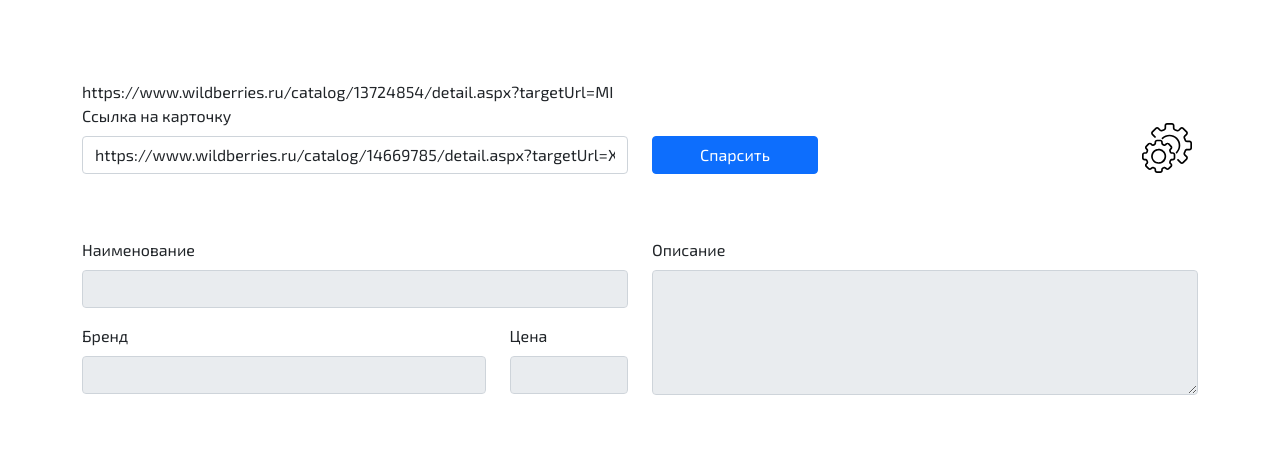
Repository: yozuul/wildberries-product-card-parser-api-exchange
Page: public/panel.html
An editor plug-in stored every save of this project. The page is shown before and after the next save, followed by the edit.
The browser window is 1280 px wide. The pictures show the whole page.

Above is the page before, as saved 2021-08-22 19:25:30.

After the next save:
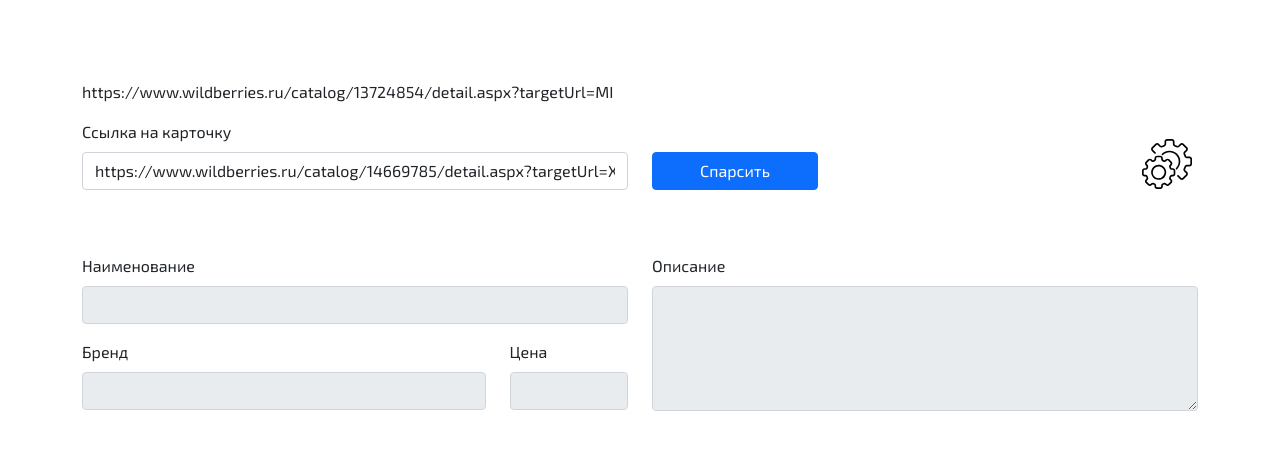
Saved 8 s later.
--- a/public/panel.html
+++ b/public/panel.html
@@ -44,7 +44,7 @@
    <div class="container">
       <div class="row align-items-end">
          <div class="mb-3 col-6">
-            https://www.wildberries.ru/catalog/13724854/detail.aspx?targetUrl=MI
+            <p>https://www.wildberries.ru/catalog/13724854/detail.aspx?targetUrl=MI</p>
             <label for="cardProductURL" class="form-label">Ссылка на карточку</label>
             <input type="text" class="form-control" id="cardProductURL"
                value="https://www.wildberries.ru/catalog/14669785/detail.aspx?targetUrl=XS">
